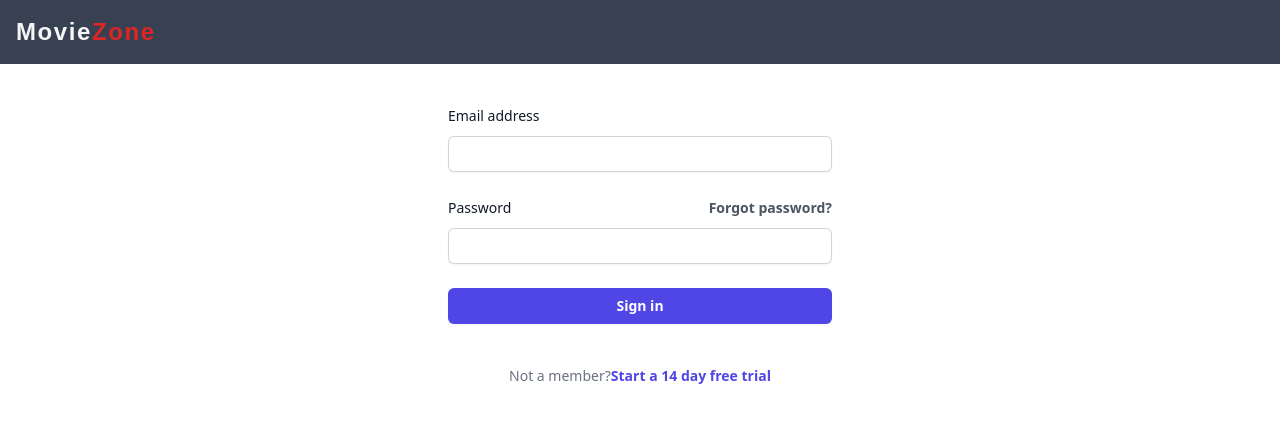
Repository: Ucheobikingsley/movie_catalogue
Page: /addmovie (app in etap_movie_catalog/)
These files come from the project's save history. The page is drawn as it stood at one moment and after the next save; the edit follows.
The browser window is 1280 px wide. The pictures show the whole page.
Some web fonts or font styles are not loaded; a fallback is used. The project was rebuilt for these pictures with package versions that can differ from the ones it lists, and the page was loaded fresh each time. The framework's server and built-in components were replaced by stand-ins that run in the browser. Also part of the build but not shown: etap_movie_catalog/next.config.js.

Above is the page before, as saved 2023-05-01 09:14:43.

After the next save:
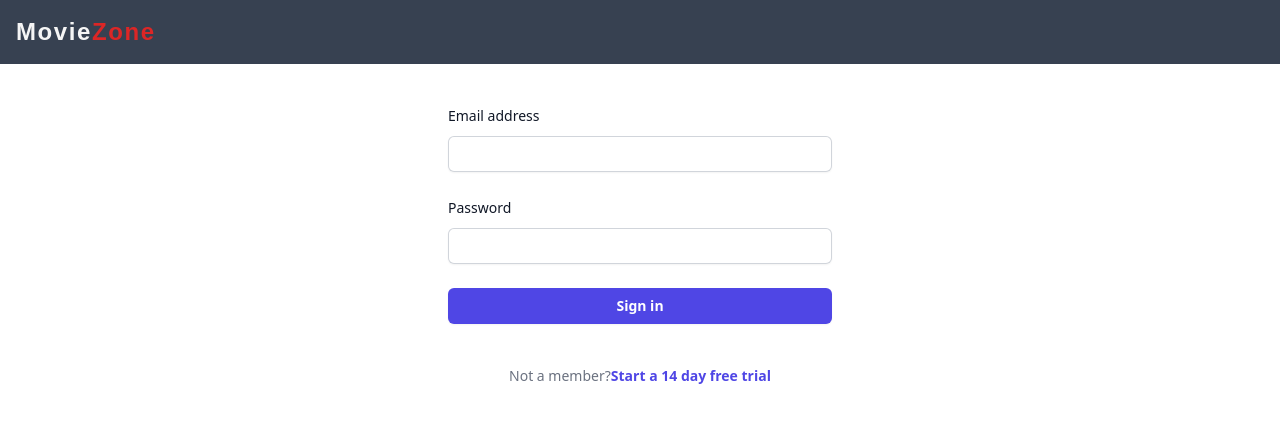
Saved 6 s later.
--- a/etap_movie_catalog/pages/addmovie.tsx
+++ b/etap_movie_catalog/pages/addmovie.tsx
@@ -14,9 +14,7 @@
       <div>
         <div className="flex items-center justify-between">
           <label  className="block text-sm font-medium leading-6 text-gray-900">Password</label>
-          <div className="text-sm">
-            <a href="#" className="font-semibold text-gray-600 hover:text-indigo-500">Forgot password?</a>
-          </div>
+
         </div>
         <div className="mt-2">
           <input id="password" name="password" type="password" required className="block w-full rounded-md border-0 py-1.5 text-gray-900 shadow-sm ring-1 ring-inset ring-gray-300 placeholder:text-gray-400 focus:ring-2 focus:ring-inset focus:ring-indigo-600 sm:text-sm sm:leading-6"/>
